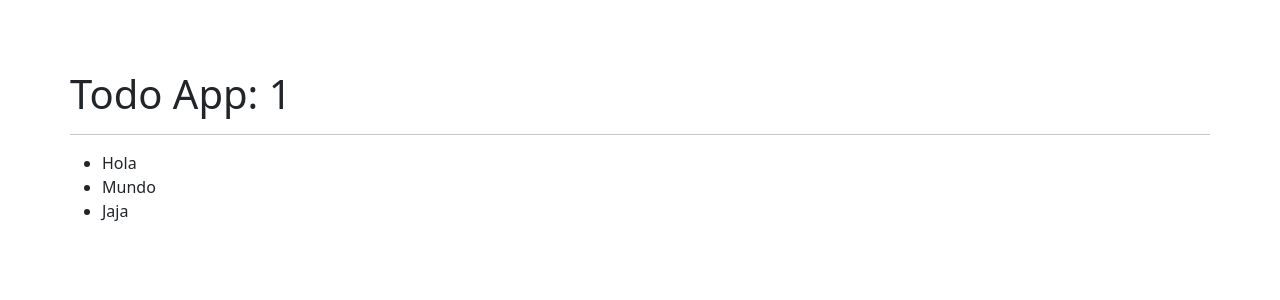
Repository: ppfeliuu/hooks-app
Page: /
The author's editor kept a copy of each file at every save. The page is drawn from the files as they stood at one save, then again after the next save.
The browser window is 1280 px wide. The pictures show the whole page.
The project was rebuilt for these pictures with package versions that can differ from the ones it lists, and the page was loaded fresh each time.

Above is the page before, as saved 2021-05-30 09:27:40.

### public/index.html
<!DOCTYPE html>
<html lang="en">
  <head>
    <meta charset="utf-8" />
    <link rel="icon" href="%PUBLIC_URL%/favicon.ico" />
    <meta name="viewport" content="width=device-width, initial-scale=1" />
    <meta name="theme-color" content="#000000" />
    <meta
      name="description"
      content="Web site created using create-react-app"
    />
    <link rel="apple-touch-icon" href="%PUBLIC_URL%/logo192.png" />
    <!--
      manifest.json provides metadata used when your web app is installed on a
      user's mobile device or desktop. See https://developers.google.com/web/fundamentals/web-app-manifest/
    -->
    <link rel="manifest" href="%PUBLIC_URL%/manifest.json" />
    <!--
      Notice the use of %PUBLIC_URL% in the tags above.
      It will be replaced with the URL of the `public` folder during the build.
      Only files inside the `public` folder can be referenced from the HTML.

      Unlike "/favicon.ico" or "favicon.ico", "%PUBLIC_URL%/favicon.ico" will
      work correctly both with client-side routing and a non-root public URL.
      Learn how to configure a non-root public URL by running `npm run build`.
    -->
    <link
      href="https://cdn.jsdelivr.net/npm/bootstrap@5.0.1/dist/css/bootstrap.min.css"
      rel="stylesheet"
      integrity="sha384-+0n0xVW2eSR5OomGNYDnhzAbDsOXxcvSN1TPprVMTNDbiYZCxYbOOl7+AMvyTG2x"
      crossorigin="anonymous"
    />
    <title>Hooks App</title>
  </head>
  <body>
    <noscript>You need to enable JavaScript to run this app.</noscript>
    <div id="root"></div>
    <!--
      This HTML file is a template.
      If you open it directly in the browser, you will see an empty page.

      You can add webfonts, meta tags, or analytics to this file.
      The build step will place the bundled scripts into the <body> tag.

      To begin the development, run `npm start` or `yarn start`.
      To create a production bundle, use `npm run build` or `yarn build`.
    -->
  </body>
</html>

### src/index.js
import React from "react";
import ReactDOM from "react-dom";
// import { Padre } from "./components/07-tarea-memo/Padre";
// import { CallBackHook } from "./components/06-memos/CallBackHook";
// import { MemoHook } from "./components/06-memos/MemoHooks";
// import { CounterApp } from "./components/01-useState/CounterApp";
// import { CounterWithCustomHook } from "./components/01-useState/CounterWithCustomHook";
// import { FormWithCustomHook } from "./components/02-useEffect/FormWithCustomHook";
// import { SimpleForm } from "./components/02-useEffect/SimpleForm";
// import { FocusScreen } from "./components/04-useRef/FocusScreen";
// import { RealExampleRef } from "./components/04-useRef/RealExampleRef";
// import { LayoutEffects } from "./components/05-useLayoutEffect/LayoutEffect";
// import { MultipleCustomHooks } from "./components/examples/MultipleCustomHooks";
// import { HookApp } from "./HookApp";
// import { Memorize } from "./components/06-memos/Memorize";
import { TodoApp } from "./components/08-useReducer/TodoApp";

ReactDOM.render(<TodoApp />, document.getElementById("root"));
// import "./components/08-useReducer/intro-reducer";

### src/components/08-useReducer/TodoApp.js
import React, { useReducer } from "react";
import "./styles.css";
import { todoReducer } from "./todoReducer";

const initialState = [
  {
    id: new Date().getTime(),
    desc: "Aprender react",
    done: false,
  },
];

export const TodoApp = () => {
  const [todos] = useReducer(todoReducer, initialState);

  console.log(todos);

  return (
    <div>
      <h1>Todo App: {todos.length}</h1>
      <hr />

      <ul>
        <li>Hola</li>
        <li>Mundo</li>
        <li>Jaja</li>
      </ul>
    </div>
  );
};

### src/components/08-useReducer/todoReducer.js
export const todoReducer = (state = [], action) => {
  switch (action.type) {
    case "add":
      break;
    default:
      break;
  }
};

Loaded but not shown: src/components/08-useReducer/styles.css (common file)

After the next save:
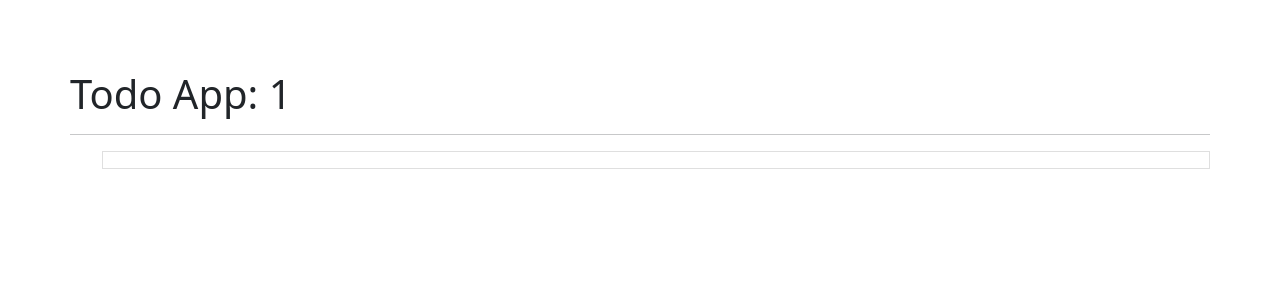
Saved 85 s later.
--- a/src/components/08-useReducer/TodoApp.js
+++ b/src/components/08-useReducer/TodoApp.js
@@ -21,9 +21,11 @@ export const TodoApp = () => {
       <hr />
 
       <ul>
-        <li>Hola</li>
-        <li>Mundo</li>
-        <li>Jaja</li>
+        {todos.map(() => (
+          <li key={todos.id} className="list-group-item">
+            {todos.desc}
+          </li>
+        ))}
       </ul>
     </div>
   );
